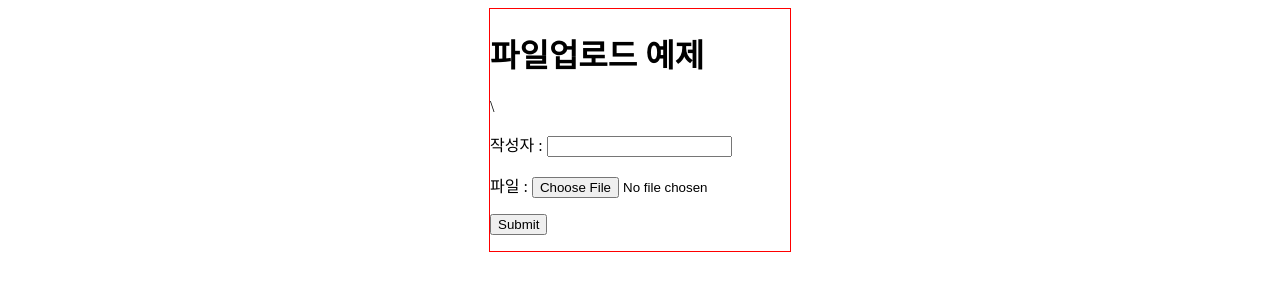
Repository: kol0372/woo
Page: jspworkspace/jsp_1103/WebContent/ex1_fileupload.html
These files come from the project's save history. The page is drawn as it stood at one moment and after the next save; the edit follows.
The browser window is 1280 px wide. The pictures show the whole page.

Above is the page before, as saved 2014-11-03 12:25:04.

### jspworkspace/jsp_1103/WebContent/ex1_fileupload.html
<!DOCTYPE html>
<html>
<head>
<meta charset="EUC-KR">
<title>Insert title here</title>
<style>
#wrap {
	width: 300px;
	border: 1px solid red;
	margin: auto
}
</style>
</head>
<body>
	<div id="wrap">
	<!-- enctype = "multipart/form-data" 업로드 관련 속성이며, 반드시 post로
	전송 일반적인 request으로는 더이상 jsp측에서 파라미터로 처리할 수 없기때문에
	apache io or cos.jar 제공받아서 처리 -->
		<h1>파일업로드 예제</h1>
		<form method="post" action="ex1_upload.jsp" id="f"
		enctype="multipart/form-data">\

			<p>
			작성자 : <input type="text" name="writer"></p>
			<p>
			파일 : <input type="file" name="s_file"></p>
			<p>
			<input type="submit" name="send"></p>
		</form>
	</div>

</body>
</html>

After the next save:
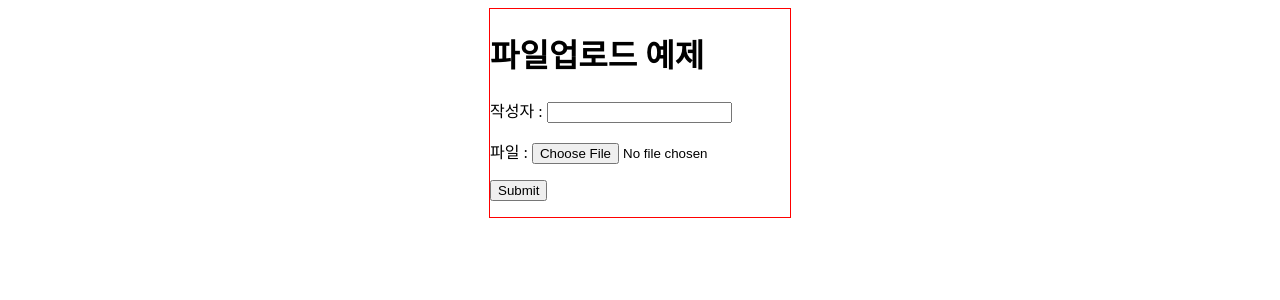
Saved 15 s later.
--- a/jspworkspace/jsp_1103/WebContent/ex1_fileupload.html
+++ b/jspworkspace/jsp_1103/WebContent/ex1_fileupload.html
@@ -18,7 +18,7 @@
 	apache io or cos.jar 제공받아서 처리 -->
 		<h1>파일업로드 예제</h1>
 		<form method="post" action="ex1_upload.jsp" id="f"
-		enctype="multipart/form-data">\
+		enctype="multipart/form-data">
 
 			<p>
 			작성자 : <input type="text" name="writer"></p>
